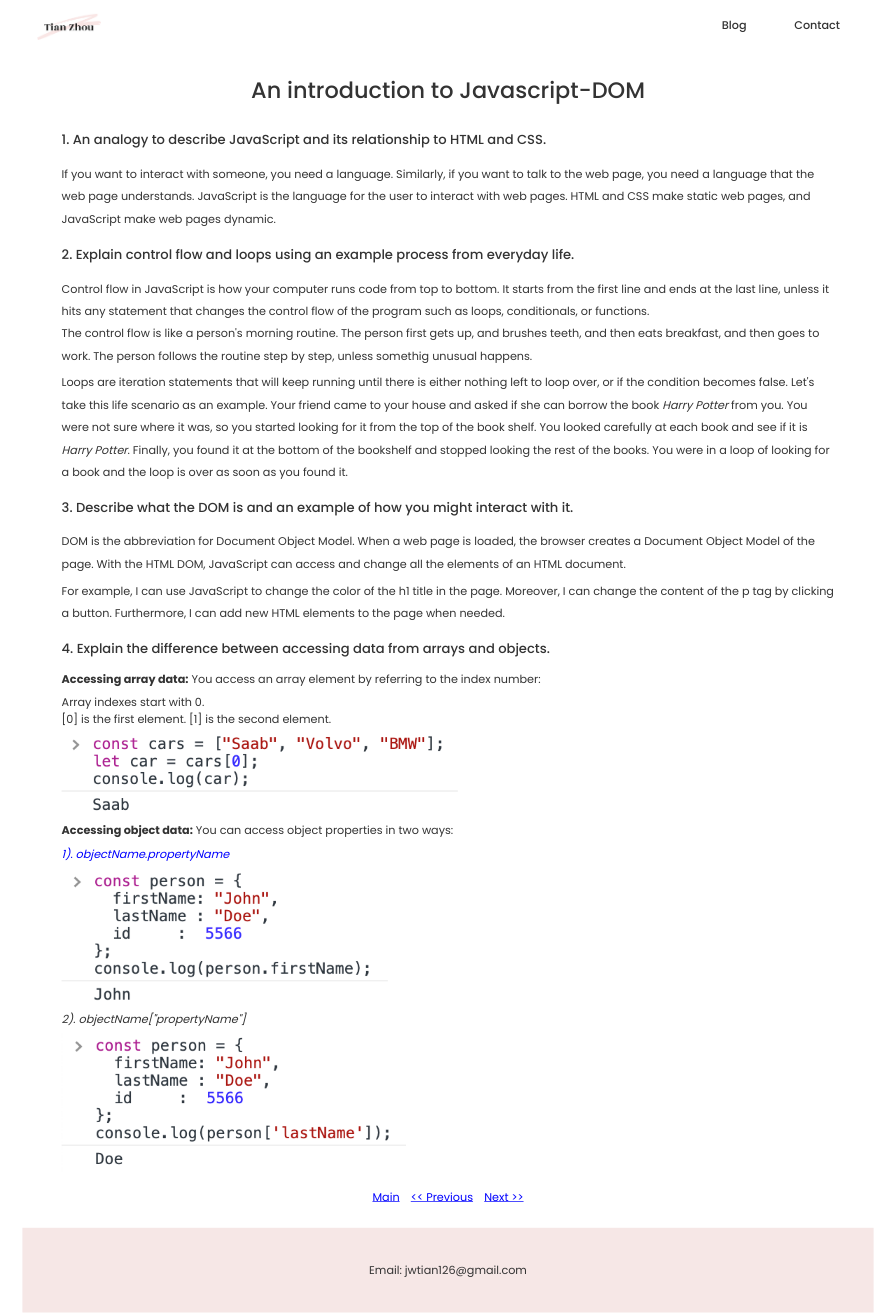
Repository: Tiaanz/Tiaanz.github.io
Page: blog/javascript-dom.html
These files come from the project's save history. The page is drawn as it stood at one moment and after a run of saves; the edit follows.
The browser window is 1280 px wide. The pictures show the whole page, at 70% of full size.

Above is the page before, as saved 2023-01-25 16:51:32.

### blog/javascript-dom.html
<!DOCTYPE html>
<html lang="en">

<head>
    <meta charset="UTF-8">
    <meta http-equiv="X-UA-Compatible" content="IE=edge">
    <meta name="viewport" content="width=device-width, initial-scale=1.0">
    <link rel="stylesheet" href="../styles/main.css">
    <link href="https://fonts.googleapis.com/css2?family=Poppins:wght@300;400;500;600;700;800&display=swap"
        rel="stylesheet">
    <title>Tech Blog(Javascript-DOM)</title>
</head>

<body>
    <div class="container">
        <header>
            <div class="logo">
                <a href="../index.html"><img src="../images/logo.png" alt="logo"></a>
            </div>
            <div class="nav">
                <a href="../index.html#blogs">Blog</a>
                <a href="#footer">Contact</a>
            </div>
        </header>
        <main class="main-blog">
            <h1>An introduction to Javascript-DOM</h1>
            <h3>1. An analogy to describe JavaScript and its relationship to HTML and CSS.</h3>
            <p>
                If you want to interact with someone, you need a language. Similarly, if you want to talk to
                the web page, you need a language that the web page understands. JavaScript is the language for the user
                to interact with web pages.
                HTML and CSS make static web pages, and JavaScript make web pages dynamic.
            </p>
            <h3>2. Explain control flow and loops using an example process from everyday life.</h3>
            <p>
                Control flow in JavaScript is how your computer runs code from top to bottom. It starts
                from the first line and ends at the last line, unless it hits any statement that changes the control
                flow of the program such as loops, conditionals, or functions.<br />
                The control flow is like a person's morning routine. The person first gets up, and brushes teeth, and
                then eats breakfast, and then goes to work.
                The person follows the routine step by step, unless somethig unusual happens.
            </p>
            <p>
                Loops are iteration statements that will keep running until there is either nothing left to loop over,
                or if the condition becomes false.
                Let's take this life scenario as an example. Your friend came to your house and asked if she can borrow
                the book <i>Harry Potter</i> from you. You were not
                sure where it was, so you started looking for it from the top of the book shelf. You looked carefully at
                each book and see if it is <i>Harry Potter</i>.
                Finally, you found it at the bottom of the bookshelf and stopped looking the rest of the books. You were
                in a loop of looking for a book and the loop is over as soon as you found it.
            </p>
            <h3>3. Describe what the DOM is and an example of how you might interact with it.</h3>
            <p>DOM is the abbreviation for Document Object Model. When a web page is loaded, the browser creates a Document Object Model of the page. With the HTML DOM, JavaScript can access and change all the elements of an HTML document.</p>
            <p>
                For example, I can use JavaScript to change the color of the h1 title in the page. Moreover, I can change the content of the p tag by clicking a button.
                Furthermore, I can add new HTML elements to the page when needed.
            </p>
            <h3>4. Explain the difference between accessing data from arrays and objects.</h3>
            <ul>
                <li> <b>Accessing array data:</b> You access an array element by referring to the index number: </li>
                <li>Array indexes start with 0.<br/>
                    [0] is the first element. [1] is the second element.</li>
                <li><img src="../images/array.png" alt="array"></li>
                <li><b>Accessing object data:</b> You can access object properties in two ways: </li>
                <li style="color:blue"><i>1). objectName.propertyName</i></li>
                <li><img src="../images/object1.png" alt="object"></li>
                <li><i>2). objectName["propertyName"]</i></li>
                <li><img src="../images/object2.png" alt="object"></li>
            </ul>
            <div class="page-nav">
                <a href="../index.html">Main</a>
                <a href="./learning-plan.html"> &lt&lt Previous</a>
                <a href="#">Next >></a>
            </div>
        </main>
        <footer id="footer">
            <span>Email: jwtian126@gmail.com</span>
        </footer>
    </div>
</body>

</html>

### styles/main.css
* {
  margin: 0;
  padding: 0;
  box-sizing: border-box;
}

a {
  text-decoration: none;
  color: #333;
}



li{
  list-style: none;
}

img {
  max-width: 100%;
  height: auto;
  vertical-align: middle;
}

body {
  font-family: "Poppins", sans-serif;
  color: #333;
}

.container {
  display: flex;
  flex-direction: column;
  width: 95vw;
  margin: 0 auto;

}

header {
  display: flex;
  justify-content: space-between;
  align-items: center;
  padding: 1rem;
}

.logo {
  width: 100px;
  height: auto;
}



.nav a {
  margin: 0 1rem;
  padding: 0 1rem;
  font-weight: 500;
}

.nav a:hover {
  background-color: #f6e7e6;
}

main {
  display: flex;
  padding: 2rem 3rem;
}

main .profile-image {
  width: 100%;
  flex: 1.5;
  margin-right: 2rem;

}

main .introduction {
  flex: 1;
}

main .introduction h1 {
  margin-bottom: 1.5rem;
  font-weight: 500;
  font-size: 2.5rem;
}

main .introduction p {
  line-height: 2rem;
}

.blogs{
  display: flex;
  padding:1rem 3rem;
  margin-bottom: 2rem;

}

.blogs .tech-blog, .blogs .core-blog {
  flex:1;
  padding:0 3px;
  margin:0 3rem;
  text-align: center;
  border:2px solid #f6e7e6;
  border-radius: 20px;
}



.blogs h3{
  margin: 1rem 0;
  font-weight: 600;
  text-align: center;

}



.blogs a{
  text-decoration: underline;
  line-height: 2rem;
}

.main-blog{
    flex-direction: column;
    align-self: center;
    max-width: 1200px;
}

.main-blog h1{
  margin-bottom: 1rem;
  text-align: center;
  font-size: 2rem;
  font-weight: 500;

}

.main-blog h3{
  font-weight: 500;
  margin:1rem 0;
}

.main-blog ul li{
  margin-bottom: 0.5rem;
}

.main-blog .css-image{
 max-width: 300px;
 margin: 1rem 0;
}

.main-blog .div-image{
  max-width: 600px;
  margin-top: 1rem;
 }

 .main-blog p{
  margin: 0.2rem 0;
  line-height: 2rem;
 }

 .main-blog .page-nav{
  margin-top: 1rem;
  display: flex;
  gap:1rem;
  justify-content: center;
 }

 .main-blog .page-nav a{
  color:blue;
  text-decoration: underline;
 }

footer {
  padding: 3rem;
  background-color: #f6e7e6;
  text-align: center;
}

@media screen and (max-width: 1200px) {
  main {
    flex-direction: column;
  }

  main .introduction h1 {
    margin-top: 1rem;
    text-align: center;
  }

  main .introduction p {
    line-height: 2rem;
  }

  .blogs{
  flex-direction: column;
  gap:2rem;
  }

  .blogs .tech-blog, .blogs .core-blog{
    margin:0;
  }

}

@media screen and (max-width: 768px) {
  main {
    padding: 2rem;
  }

  main .introduction h1 {
    font-size: 2rem;
  }

  .main-blog h1{
    font-size: 1.5rem;
  }
}

@media screen and (max-width: 400px) {

    .nav a {
        margin: 0;
        padding: 0 0.4rem;
      }

      .blogs a{
        line-height: 2.5rem;
      }

  }

@media screen and (max-width: 320px) {


  main .introduction h1 {
    font-size: 1rem;
    margin-bottom: 1rem;
  }

  .main-blog h1{
    font-size: 1.2rem;
  }
}

After the next 2 saves:
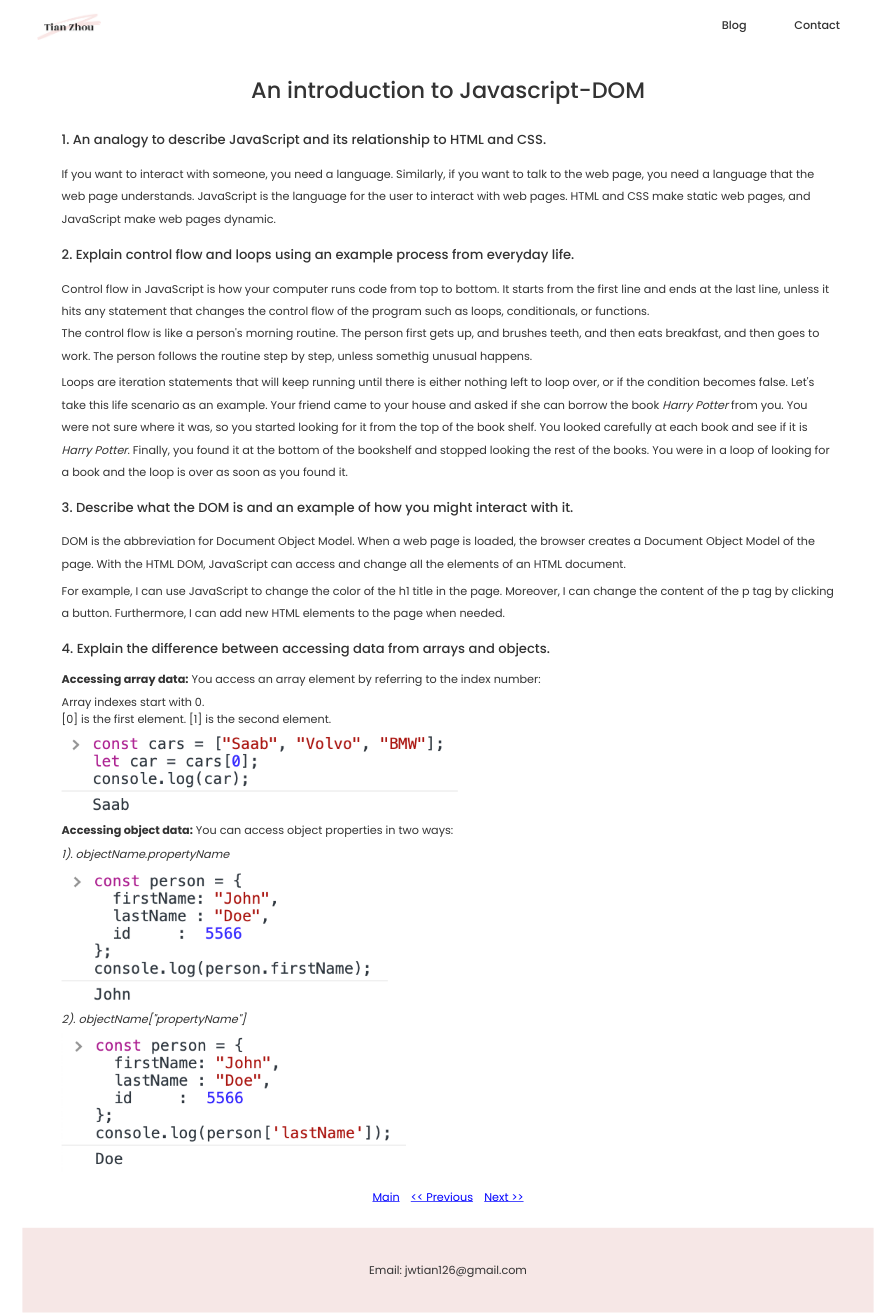
The 2 saves are shown as one change because they came seconds apart.
The last was saved 22 s later.
--- a/blog/javascript-dom.html
+++ b/blog/javascript-dom.html
@@ -63,7 +63,7 @@
                     [0] is the first element. [1] is the second element.</li>
                 <li><img src="../images/array.png" alt="array"></li>
                 <li><b>Accessing object data:</b> You can access object properties in two ways: </li>
-                <li style="color:blue"><i>1). objectName.propertyName</i></li>
+                <li style="color:"><i>1). objectName.propertyName</i></li>
                 <li><img src="../images/object1.png" alt="object"></li>
                 <li><i>2). objectName["propertyName"]</i></li>
                 <li><img src="../images/object2.png" alt="object"></li>
